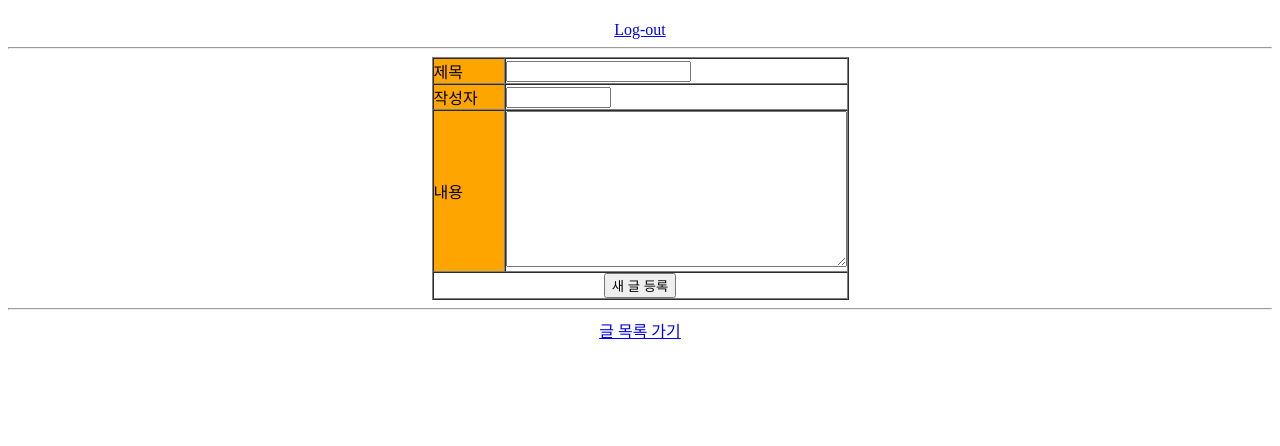
Repository: eunahpae/Spring_
Page: http://localhost/BoardWeb/insertBoard.jsp
An editor plug-in stored every save of this project. The page is shown before and after the next save, followed by the edit.
The browser window is 1280 px wide. The pictures show the whole page.
The page is served by Tomcat 9.

Above is the page before, as saved 2024-07-12 01:10:03.

After the next save:
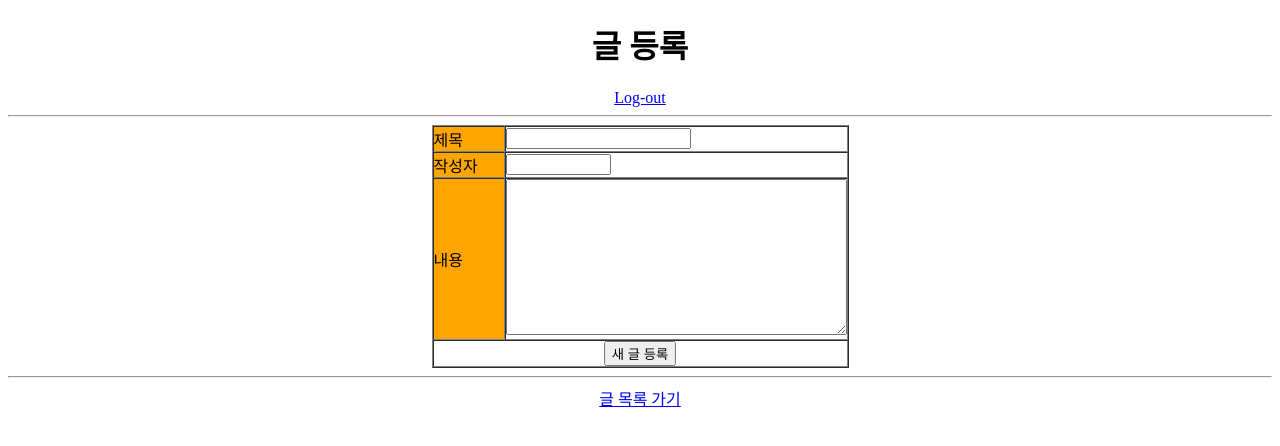
Saved 38 s later.
--- a/BoardWeb/src/main/webapp/insertBoard.jsp
+++ b/BoardWeb/src/main/webapp/insertBoard.jsp
@@ -8,7 +8,7 @@
 </head>
 <body>
 	<center>
-		<h1></h1>
+		<h1>글 등록</h1>
 		<a href="logout_proc.jsp">Log-out</a>
 		<hr>
 		<form action="insertBoard_proc.jsp" method="post">
